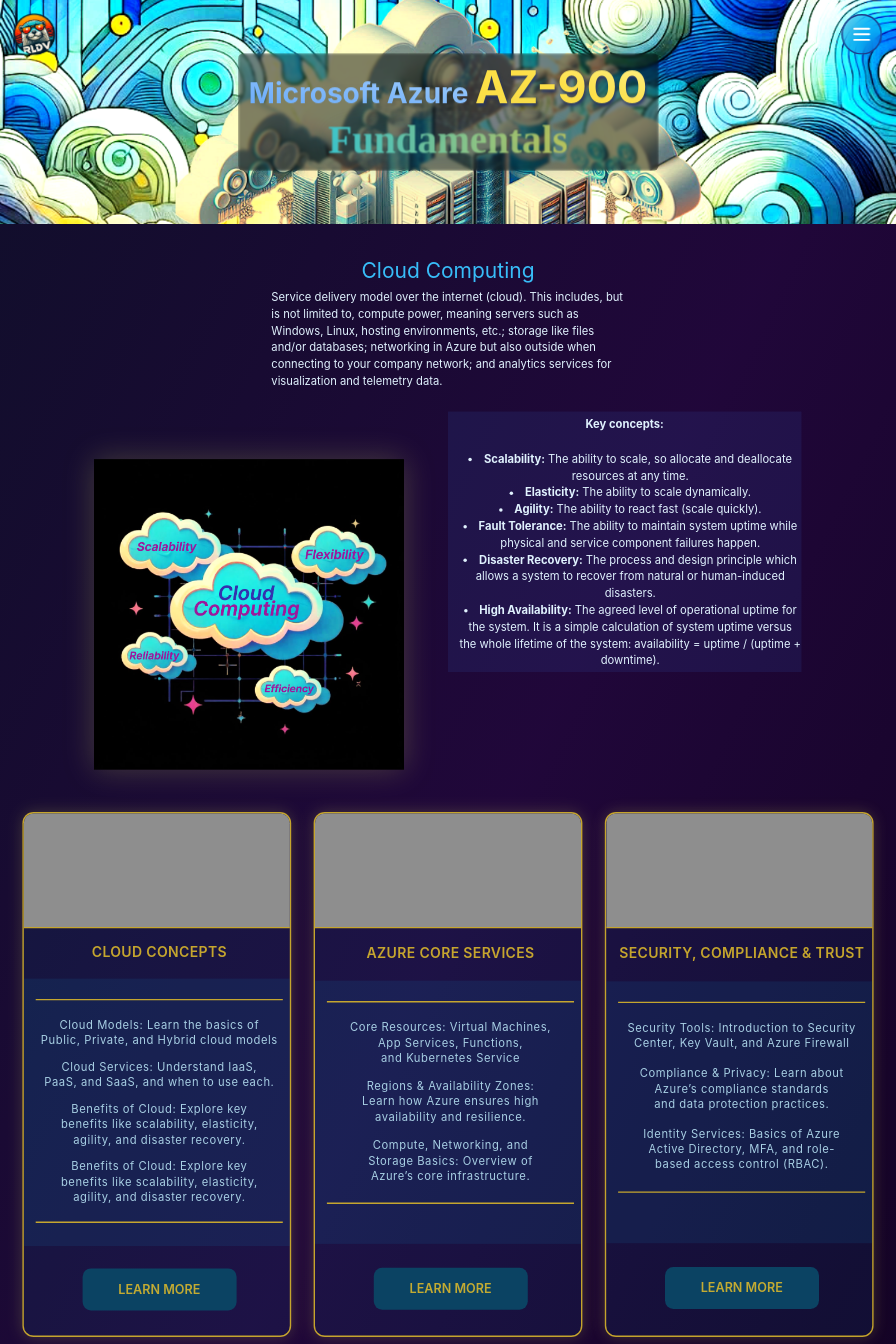
Repository: Freezler/az-900_svelte5
Page: /
These files come from the project's save history. The page is drawn as it stood at one moment and after the next save; the edit follows.
The browser window is 1280 px wide. The pictures show the part of the page from y = 0 to 1920 px (the page is 2638 px tall), at 70% of full size.
Pictures or frames that could not be fetched are drawn as grey boxes. The project was rebuilt for these pictures with package versions that can differ from the ones it lists, and the page was loaded fresh each time. The framework's server and built-in components were replaced by stand-ins that run in the browser. Also part of the build but not shown: vite.config.ts.

Above is the page before, as saved 2024-11-10 10:40:44.

### src/app.html
<!doctype html>
<html lang="en">
	<head>
		<meta charset="utf-8" />
		<link rel="icon" href="%sveltekit.assets%/favicon.png" />
		<meta name="viewport" content="width=device-width, initial-scale=1" />
		%sveltekit.head%
	</head>
	<body data-sveltekit-preload-data="hover" >
		<div style="display: contents">%sveltekit.body%</div>
	</body>
</html>

### src/routes/+layout.svelte
<script lang="ts">
	import '../app.css';
	let { children } = $props();

</script>

<div class="bg-gradient-to-br from-[#0d0c28fc] via-[#1b0135f9] to-[#10021e] bg-cover bg-center bg-no-repeat ">{@render children()}</div>

### src/routes/+page.svelte
<script lang="ts">
	import ComputingArticle from '../components/ComputingArticle.svelte';

	import Toggle from '../components/Toggle.svelte';
	import Header from '../components/Header.svelte';
	import Popover from '../components/Menu.svelte';
	import Cards from '../components/Cards.svelte';
	import Login from '../components/Login.svelte';
</script>

<header class="">
	<Popover />
	<Header />
</header>
<main>
	<section>
		<ComputingArticle />
		<Cards />
	</section>
	<aside><Toggle /></aside>
	<footer><Login /></footer>
</main>

### src/app.css
@tailwind base;
@tailwind components;
@tailwind utilities;

:root {
  --text-color  : rgba(244, 205, 48, 0.888);
  --bg-color    : hsla(217, 87%, 3%, 0.298);
  --bg-color2   : hsla(299, 91%, 31%, 0.974);
  --bg-gradient : 135deg, rgba(237, 249, 10, .7) 0%, rgba(216, 204, 37, 0.7) 35%, rgba(0, 212, 255, 0.7) 100%;
  --bg-gradient2: 90deg, rgba(216, 204, 37, 0.5) 0%, rgba(0, 212, 255, 0.5) 70%;
}

* {
  margin     : 0;
  padding    : 0;
  box-sizing : border-box;
  user-select: none;
  /* outline : 1px dotted red; */
}

body {
  font-family: 'Inter', sans-serif;


}

### src/components/ComputingArticle.svelte
<div class="grid items-center justify-center gap-2 place-self-center text-sky-100 max-w-[50ch]  pt-12">
	<h2 class="text-3xl text-center text-sky-400">Cloud Computing</h2>
	<p>
		Service delivery model over the internet (cloud). This includes, but is not limited to, compute
		power, meaning servers such as Windows, Linux, hosting environments, etc.; storage like files
		and/or databases; networking in Azure but also outside when connecting to your company network;
		and analytics services for visualization and telemetry data.
	</p>
</div>

<section class="grid items-center grid-cols-1 lg:grid-cols-2 justify-center place-items-center z-10 text-center">
	<img
		src="../public/images/cloud.png"
		alt="cloudSolutions"
		loading="lazy"

		class=" text-sky-100 drop-shadow-[0_0px_22px_rgba(255,255,99,0.2)] w-[572px] "
	/>
	<article
		class="my-8 grid items-center justify-center gap-4 place-self-start bg-blue-500/10  text-sky-100 lg:max-w-[50ch] w-[572px] h-[372px] "
	>
		<p><strong>Key concepts:</strong></p>
		<ul class="list-inside list-disc pl-4">
			<li>
				<strong>Scalability:</strong> The ability to scale, so allocate and deallocate resources at any
				time.
			</li>
			<li><strong>Elasticity:</strong> The ability to scale dynamically.</li>
			<li><strong>Agility:</strong> The ability to react fast (scale quickly).</li>
			<li>
				<strong>Fault Tolerance:</strong> The ability to maintain system uptime while physical and service
				component failures happen.
			</li>
			<li>
				<strong>Disaster Recovery:</strong> The process and design principle which allows a system to
				recover from natural or human-induced disasters.
			</li>
			<li>
				<strong>High Availability:</strong> The agreed level of operational uptime for the system. It
				is a simple calculation of system uptime versus the whole lifetime of the system: availability
				= uptime / (uptime + downtime).
			</li>
		</ul>
	</article>
</section>

### src/components/Toggle.svelte
<script lang="ts">

	let name = $state('Randy');
	let status: 'DARK' | 'LIGHT' = $state('DARK');
	let full_name = $derived(name + ' ' + 'de vries');

	function toggle() {
		status = status === 'DARK' ? 'LIGHT' : 'DARK';
	}

	function onclick() {
		status = status === 'DARK' ? 'LIGHT' : 'DARK';
		window.document.body.classList.toggle('dark-mode')
	}
</script>

<div class="max-w-[400px] mx-auto grid place-items-center items-center justify-center gap-2 border-2 p-4  py-8 my-4 bg-yellow-600/10">
		<p class="text-2xl font-serif text-white ">
			set theme: <span class="font-sans {status === 'LIGHT' ? 'text-gray-200' : 'text-red-900'}">{status}</span>
		</p>

		<!-- <button on:click={toggle}>toggle status</button> -->
		<button
			class=" w-[176px] rounded bg-blue-500 px-4 py-2 font-bold text-white hover:bg-blue-700 active:scale-[.98]"
			type="button"
			onclick={toggle}>Toggle theme</button
		>
	</div>

### src/components/Header.svelte
<script lang="ts">
	// Declare props
	let { name = 'AZ-900' } = $props();

	// Local state for the surname
	let surname = $state('Fundamentals');

	// Derived state for the full name
	let full_name = $derived(`${name} ${surname}`);
</script>

<div
	class="max-w-[100svw] z-100 mx-auto grid h-80 place-content-center place-items-center items-center justify-center bg-[url('/public/images/headImage.png')] bg-cover bg-top"
>
	<div class="grid backdrop-blur-[2px] px-4 rounded-lg backdrop-brightness-[.50] pb-4">
		<h1
			class="shadow-[rgba(7, 25, 224, 0.9)] drop bg-clip-text text-center text-[clamp(1rem,5vw,2.5rem)] font-bold text-transparent bg-gradient-to-tr from-blue-400 via-blue-300 to-blue-700  drop-shadow-[-2px_2px_2px_rgba(137, 25, 224, 0.9)]"
		>
			Microsoft Azure <span
				class="bg-gradient-to-tr from-yellow-300 via-yellow-300 to-yellow-200 bg-clip-text text-[clamp(2.8rem,5vw,8.5rem)] font-bold text-transparent drop-shadow-[2px_4px_2px_rgba(36,50,100,0.9)]"
				>{name}</span
			>
		</h1>
		<h3
			class="bg-clip-text text-6xl text-center text-[clamp(1rem,5vw,3.5rem)] font-[700] font-[montserrat] bg-gradient-to-r from-[hsl(192,88%,51%)] via-[--hsl(192,88%,71%)] to-[--text-color]  pb- text-transparent drop-shadow-[2px_4px_32px_rgba(6,100,150,0.9)] backdrop-brightness-[.90] "
		>
			{surname}
		</h3>
	</div>
</div>

### src/components/Menu.svelte
<script lang="ts">
	import { cubicInOut } from 'svelte/easing';
	import { fly } from 'svelte/transition';
	let showMenu: boolean = $state(false);


</script>

	<!-- Your existing code -->

<img
	src="/public/images/Design 2.png"
	alt="Ran form Logo"
	class="fixed left-[16px] top-[16px] w-[64px] rounded-full z-[200]"
/>
<button
	onclick={() => (showMenu = !showMenu)}
	class="fixed right-[20px] top-[20px] flex  h-[58px] w-[58px] items-center justify-center rounded-full bg-blue-600/20 backdrop-blur text-white border-2 border-blue-900"
>
	<svg
		xmlns="http://www.w3.org/2000/svg"
		class="h-8 w-8"
		fill="none"
		viewBox="0 0 24 24"
		stroke="currentColor"
	>
		{#if showMenu}
			<path
				stroke-linecap="round"
				stroke-linejoin="round"
				stroke-width="2"
				d="M6 18L18 6M6 6l12 12"
			/>
		{:else}
			<path
				stroke-linecap="round"
				stroke-linejoin="round"
				stroke-width="2"
				d="M4 6h16M4 12h16M4 18h16"
			/>
		{/if}
	</svg>
</button>

{#if showMenu}
	<ul
		class="items-center justify-center fixed bottom-0 right-0 z-100 grid h-[50vh] w-[100vw] border-t border-blue-900 place-content-center bg-blue-600/20 backdrop-blur text-white uppercase text-center text-xl z-[200]"
		transition:fly={{ y: 100, duration: 420, easing: cubicInOut }}
	>
		<li class="px-2 py-4 w-[80vw] underline underline-offset-4 transition-colors ease-linear duration-400 hover:bg-blue-600/20 rounded-t-lg  bg-blue-200/30">
			<a href="/">Home</a>
		</li>
		<li class=" px-2 py-4 transition-colors hover:underline underline-offset-4  ease-linear duration-400 hover:bg-blue-600/20  bg-blue-200/30">
			<a href="/concepts">Concepts</a>
		</li>
		<li class=" px-2 py-4 transition-colors hover:underline underline-offset-4 ease-linear duration-400 hover:bg-blue-600/20  bg-blue-200/30">
			<a href="/security">Security</a>
		</li>
		<li class="px-2 py-4 transition-colors  hover:underline underline-offset-4 ease-linear duration-400 hover:bg-blue-600/20 rounded-b-lg  bg-blue-200/30">
			<a href="/services">Services</a>
		</li>
	</ul>
{/if}

### src/components/Cards.svelte
<script>
	import { goto } from '$app/navigation';
	// Define your plans as an array of objects
	const concepts = [
		{
			url: 'concepts',
			image:
				'https://learn.microsoft.com/training/achievements/microsoft-azure-fundamentals-describe-cloud-concepts-social.png',
			name: 'Cloud Concepts',
			features: [
				'Cloud Models: Learn the basics of Public, Private, and Hybrid cloud models',
				'Cloud Services: Understand IaaS, PaaS, and SaaS, and when to use each.',
				'Benefits of Cloud: Explore key benefits like scalability, elasticity, agility, and disaster recovery.',
				'Benefits of Cloud: Explore key benefits like scalability, elasticity, agility, and disaster recovery.'

			]
		},
		{
			url: 'services',
			image:
				'https://images.unsplash.com/photo-1667372459510-55b5e2087cd0?q=80&w=1932&auto=format&fit=crop&ixlib=rb-4.0.3&ixid=M3wxMjA3fDB8MHxwaG90by1wYWdlfHx8fGVufDB8fHx8fA%3D%3D',
			name: 'Azure Core Services',
			features: [
				'Core Resources: Virtual Machines, App Services, Functions, and Kubernetes Service',
				'Regions & Availability Zones: Learn how Azure ensures high availability and resilience.',
				'Compute, Networking, and Storage Basics: Overview of Azure’s core infrastructure.'
			]
		},
		{
			url: 'security',
			image:
				'https://plus.unsplash.com/premium_photo-1700830452756-1a3f4314e564?q=80&w=1674&auto=format&fit=crop&ixlib=rb-4.0.3&ixid=M3wxMjA3fDB8MHxwaG90by1wYWdlfHx8fGVufDB8fHx8fA%3D%3D',
			name: 'Security, Compliance & Trust',
			features: [
				'Security Tools: Introduction to Security Center, Key Vault, and Azure Firewall',
				'Compliance & Privacy: Learn about Azure’s compliance standards and data protection practices.',
				'Identity Services: Basics of Azure Active Directory, MFA, and role-based access control (RBAC).'
			]
		}
	];
</script>

<section
	class="z-10 grid grid-rows-1 gap-8 py-8 md:grid-cols-2 md:gap-8 md:px-8 xl:grid-cols-3"
>
	{#each concepts as concept}
		<div
			class=" pt-1  grid grid-rows-[148px_64px_auto_auto] place-items-center overflow-hidden rounded-2xl border-2 border-[--text-color] bg-sky-600/10 pb-9 shadow-[0_0px_22px_rgba(255,255,99,0.2)] brightness-90 transition duration-700 hover:scale-[1.001] hover:border-[hsla(184,69%,60%,1)] hover:shadow-[2px_6px_12px_rgba(22,125,22,0.9)]"
		>
			<img
				src={concept.image}
				class=" z-10 h-[172px] pt-2  w-full border-b-2 border-[--text-color] object-cover object-center hover:border-[hsla(184,69%,60%,1)]"
				loading="lazy"
				alt="concept"
			/>
			<div class="row-span-2 grid grid-cols-subgrid place-items-center items-center justify-center">
				<h2 class="] mt-[28px] text-xl font-semibold uppercase tracking-wide text-[--text-color]">
					{concept.name}
				</h2>
			</div>

			<div
				class=" row-span-12 my-5 w-full grid grid-rows-subgrid place-items-start items-start gap-4 text-pretty border border-transparent bg-sky-500/10 px-4 pt-7 pb-6 text-center"
			>
				{#each concept.features as feature}
					<h3
						class="border-b-1 mx-auto  grid w-[35ch]  grid-rows-subgrid text-balance border-[--text-color] px-0 text-[14px] font-normal leading-snug tracking-wider text-sky-200 py-0 first:border-t-2 first:pt-6 last:pb-6 last:border-b-2 lg:text-[16px] border-s-fuchsia-400 ">
						{feature}
					</h3>
				{/each}
			</div>
			<button
				type="button"
				class="mx-auto mt-3 w-[220px] grid-cols-subgrid rounded-xl border-[2px_solid_var(--text-color)] bg-sky-900 px-8 py-4 text-base font-semibold uppercase text-[--text-color] transition duration-[420ms] hover:bg-sky-500 hover:text-white hover:shadow-[2px_2px_22px_rgb(65,183,255,0.9)] md:text-lg lg:text-lg"
				><a href="/{concept.url}">Learn more</a></button
			>
		</div>
	{/each}
</section>

### src/components/Login.svelte
<script>
	import { onMount } from 'svelte';
	let user = $state('Stranger');
	/**
	 * @param {any} response
	 */
	function googleLoginEndpoint(response) {
	  console.log('Google login successful:', response);
	}

	// onMount(() => {
	//   const script = document.createElement("script");
	//   script.src = "https://accounts.google.com/gsi/client";
	//   script.async = true;
	//   script.defer = true;
	//   document.head.appendChild(script);
	// });
</script>

<div class="relative flex min-h-[60vh] items-center justify-center py-16 ">
	<div class="flex w-full max-w-4xl flex-col overflow-hidden rounded-lg shadow-lg md:flex-row">
		<!-- Left side: Logo and Welcome message -->
		<div
			class="flex flex-col items-center justify-center bg-[url('/public/images/headImage.png')] bg-cover bg-center object-cover p-14 text-white md:w-1/2 "
		>
			<img
				src="/public/images/Design 2.png"
				alt="Ran form Logo"
				class="mb-4 h-40 w-40 rounded-full"
			/>
			<h2 class="text-2xl font-semibold p-2 rounded-xl bg-slate-600/50  ">Good Evening {user}!</h2>
			<p class="mt-2 text-center text-lg rounded-xl bg-slate-600/50  p-2 ">Log in to your account!</p>
		</div>

		<!-- Right side: Login Form -->
		<div
			class="flex flex-col items-center justify-center  h-[50vh] bg-blue-600/40 backdrop-blur pt-8 "
		>
			<!-- Google Login Button -->
			<div
				id="g_id_onload"
				data-client_id="YOUR_GOOGLE_CLIENT_ID"
				data-context="signin"
				data-callback="googleLoginEndpoint"
				data-close_on_tap_outside="false"
				data-prompt_parent_id="g_id_onload"
			></div>

			<button
				class="flex w-3/5 items-center justify-center space-x-2 rounded-full border border-gray-300 bg-white py-2 shadow-md hover:bg-gray-50 focus:outline-none"
			>
				<span class="fab fa-google text-gray-500"></span>
				<span class="text-gray-700">Continue with Google</span>
			</button>

			<!-- Divider -->
			<div class="my-4 flex w-full items-center">
				<hr class="flex-grow border-t border-gray-300" />
				<span class="px-3 text-gray-500">OR</span>
				<hr class="flex-grow border-t border-gray-300" />
			</div>

			<!-- Email Login Button -->
			<button
				class="flex w-3/5 items-center justify-center space-x-2 rounded-full border border-gray-300 bg-white py-2 shadow-md hover:bg-gray-50 focus:outline-none"
			>
				<span class="fa fa-user text-gray-500"></span>
				<span class="text-gray-700">Enter Email & Password</span>
			</button>

			<!-- Sign up and Terms Links -->
			<div class=" w-full text-center">
				<p class="text-sm text-red-300">
					Don't have an account? <a href="_blank" class="text-blue-600 hover:underline">Sign up</a>
				</p>
				<p class="mt-0 text-xs text-gray-500 w-[50ch]">
					By continuing, you agree to our <a href="_blank" target="_blank" class="hover:underline"
						>Terms of Service</a
					>
					and
					<a href="_blank" target="_blank" class="hover:underline">Privacy Policy</a>.
				</p>
			</div>
		</div>
	</div>
</div>

### tailwind.config.ts
import aspectRatio from '@tailwindcss/aspect-ratio';
import containerQueries from '@tailwindcss/container-queries';
import forms from '@tailwindcss/forms';
import typography from '@tailwindcss/typography';
// import type { Config } from 'tailwindcss';

export default {
	content: ['./src/**/*.{html,js,svelte,ts}'],


	theme: {
		extend: {
			animation: {



			},

			keyframes: {

			}

		}
	},

	plugins: [typography, forms, containerQueries, aspectRatio]
}

After the next save:
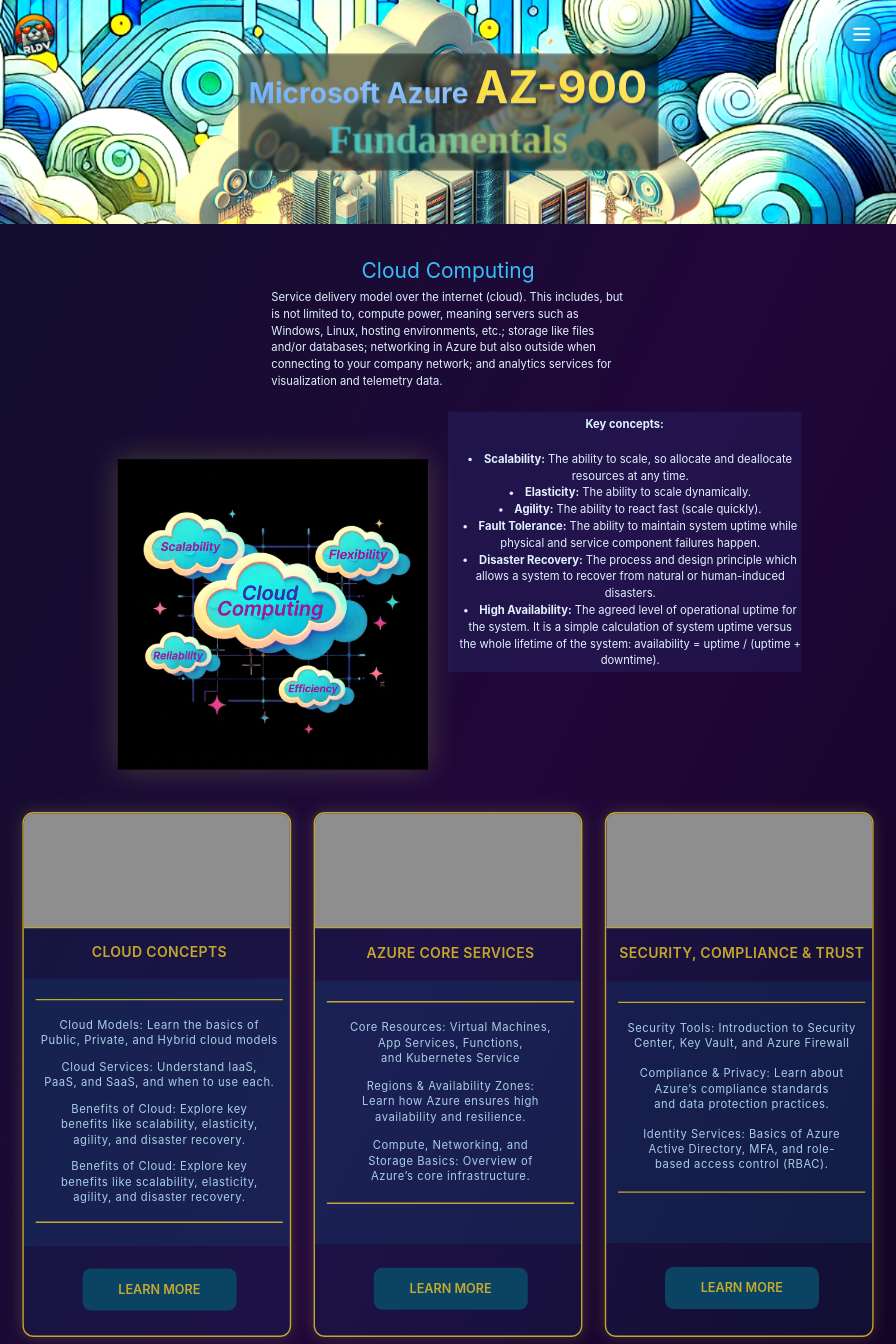
Saved 12 s later.
--- a/src/components/ComputingArticle.svelte
+++ b/src/components/ComputingArticle.svelte
@@ -14,7 +14,7 @@
 		alt="cloudSolutions"
 		loading="lazy"
 
-		class=" text-sky-100 drop-shadow-[0_0px_22px_rgba(255,255,99,0.2)] w-[572px] "
+		class=" text-sky-100 drop-shadow-[0_0px_22px_rgba(255,255,99,0.2)] w-[572px] place-self-end"
 	/>
 	<article
 		class="my-8 grid items-center justify-center gap-4 place-self-start bg-blue-500/10  text-sky-100 lg:max-w-[50ch] w-[572px] h-[372px] "
